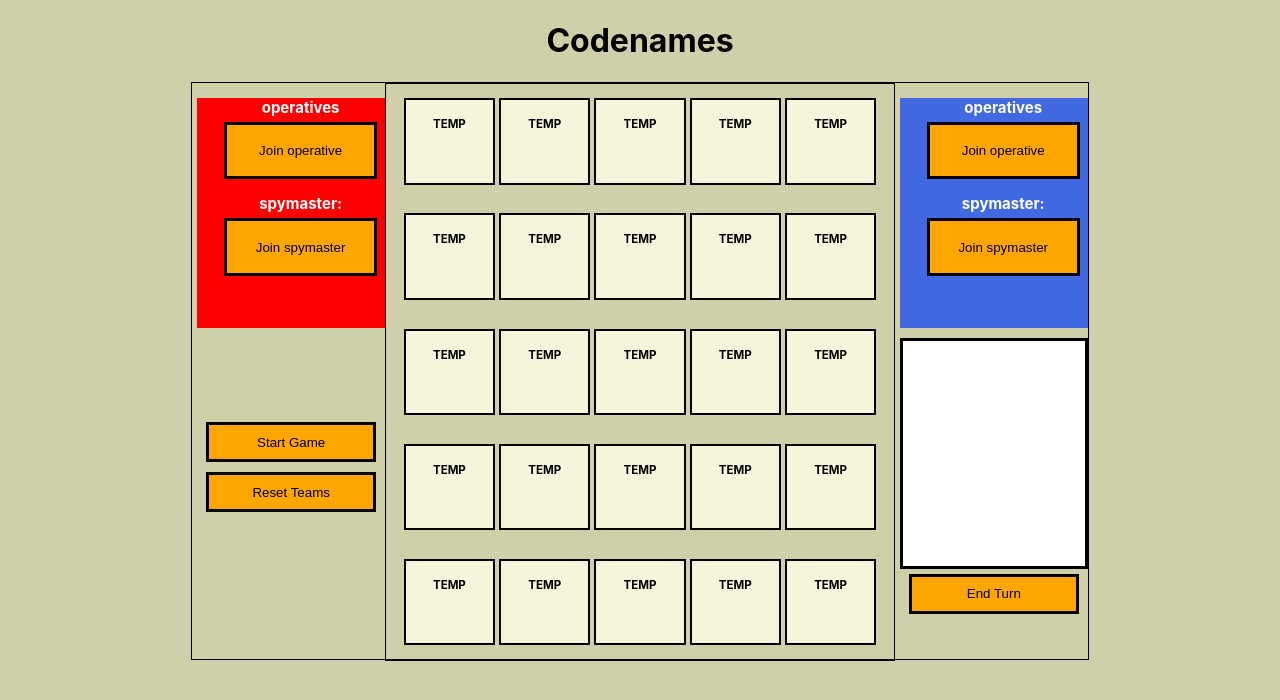
Repository: alcarrizo/Codenames-Fullstack
Page: / (app in client/)
An editor plug-in stored every save of this project. The page is shown before and after the next save, followed by the edit.
The browser window is 1280 px wide. The pictures show the whole page.
The project was rebuilt for these pictures with package versions that can differ from the ones it lists, and the page was loaded fresh each time. Imported but missing from the stored project, and not drawn on this page: client/src/reportWebVitals.

Above is the page before, as saved 2023-01-09 21:09:35.

### client/src/index.js
import React from 'react';
import ReactDOM from 'react-dom/client';
import './index.css';
import App from './App';
import reportWebVitals from './reportWebVitals';
import './css/styles.css'


const root = ReactDOM.createRoot(document.getElementById('root'));
root.render(
  <React.StrictMode>
    <App />
  </React.StrictMode>
);

// If you want to start measuring performance in your app, pass a function
// to log results (for example: reportWebVitals(console.log))
// or send to an analytics endpoint. Learn more: https://bit.ly/CRA-vitals
reportWebVitals();

### client/src/App.js
import logo from './logo.svg';
import './App.css';
import { useState, useEffect } from 'react';

const Wrapper = ({ cards }) => {
  return (
    <div className='wrapper'>
      <PlayerSide className="red" />
      <Board cards={cards} />
      <PlayerSide className="blue" />
      <div className='win-screen hide' id='win-screen'></div>
    </div>
  )
}

const Card = ({ card, className }) => {

  className = card.clicked && card.team !== null ? className + " " + card.team : className
  console.log(className)
  return (
    <div className={className}>
      {card.word === null ? 'temp' : card.word}
    </div>
  )
}
const PlayerSide = ({ className }) => {
  if (className === 'red') {
    return (
      <div className={className + "Side"}>
        <PlayerInfo className={className} />
        <div className='menu'>
          <Btn className='menuBtn' id="startBtn" name="Start Game" />
          <Btn className='menuBtn' id="resetBtn" name="Reset Teams" />
        </div>
      </div>
    )
  }
  else {
    return (
      <div className={className + "Side"}>
        <PlayerInfo className={className} />
        <div className='clue-log'></div>
        <Btn className='menuBtn' id="endTurn" name="End Turn" />
      </div>
    )
  }
}
const PlayerInfo = ({ className }) => {
  return (
    <div className={className + "Team"}>
      <p>operatives </p>
      <p id={className + '-operative-players'}></p>
      <Btn className="join-button" id={className + '-join-operative'} name="Join operative" />
      <p>spymaster: </p>
      <p id={className + '-spymaster-players'}></p>
      <Btn className="join-button" id={className + '-join-spymaster'} name="Join spymaster" />
      <p id={className + '-remaining-cards'}></p>
    </div>
  )

}

const Btn = (props) => {
  return (
    <button id={props.id} className={props.className}>{props.name}</button>
  )
}

const Board = ({ cards }) => {

  return (
    <div className='gameBoard'>
      {
        cards.map((card, id) =>
          <Card
            key={id}
            className="card"
            card={card} />
        )
      }

    </div>
  )
}

const App = () => {

  const [cards, setCards] = useState(Array(25).fill({
    word: null,
    team: null,
    clicked: true
  }))


  return (
    <div className="App">
      <h1>Codenames</h1>

      <Wrapper cards={cards} />
      <div className='clue-area hide' id='clue-area'>
        <input className='clue-text' id='clue-text' type="text" />
        <div className="rangeDiv" id="rangeDiv">
          <input className="clue-range" id='clueRange' type="range" autoComplete='off' min="0" max="10" defaultValue="0" />
          <h3 className="range-number" id="rangeNumber">0</h3>
        </div>
        <Btn className="clue-submit" id="clue-submit" name="Give Clue" />
      </div>

    </div>
  );
}

export default App;

### client/src/css/styles.css
body {
    background-color: #cfcfaa;
}

body.red {
    background-color: #b44c2b;
}

body.blue {
    background-color: #4799b7;
}

.wrapper {
    position: relative;
    border: 0.05rem solid black;
    width: 70%;
    height: 80vh;
    display: flex;
    background: none;
    margin: 0 auto;

}

.gameBoard {
    display: flex;
    flex-wrap: wrap;
    justify-content: center;
    text-align: center;
    width: 35rem;
    height: 100%;
    /*   width: 500px;
    height: 500px; */
    /*width: 15rem;
    height: 15rem;
    */
    border: 0.05rem solid black;
    margin: auto;
}



.card {
    /* background-color: royalblue; */
    background-color: beige;
    box-sizing: border-box;
    /*width: 75px;
    height: 65px;
  */
    /*   width: 5.5rem;
    height: 5rem; */
    width: 18%;
    height: 15%;
    margin: auto 2px;
    border: 2px black solid;
    font-size: .9vw;
    padding-top: 17px;
    text-transform: uppercase;
    font-weight: bold;
    transition: none;
}

.card.blue {
    background-color: royalblue;

}

.card.red {
    background-color: #ff6000;
}

.card.black {
    background-color: black;
    color: white;

}

.card.beige {
    background-color: #b9b979;
}

.card.blue,
.card.red,
.card.black,
.card.beige {
    transition: background-color 1s;
}

.card.blue.picked,
.card.red.picked,
.card.black.picked,
.card.beige.picked {
    transition: opacity 1s;
    opacity: 50%;
}


.redSide,
.blueSide {
    color: white;
    height: 100%;
    width: 13rem;
    font-size: 15px;
    font-weight: bold;
    padding-left: 5px;
    padding-bottom: 10px;
    margin: 0 auto;
}

.blueTeam,
.redTeam {
    height: 40%;
    margin-top: 10px;
    padding-left: 10%;

    box-sizing: border-box;
}

.redTeam {
    background-color: red;

}

.blueTeam {
    background-color: royalblue;

}

.blueSide {
    height: 100%;
}

.join-button {
    display: block;
    width: 90%;
    height: 25%;
    margin: -10px auto 0;
    background-color: orange;
    border: black solid 3px;
}

.join-button.hide {
    display: none;
}

.menuBtn {
    display: block;
    width: 90%;
    height: 40px;
    margin: 0 auto;
    background-color: orange;
    border: black solid 3px;
    margin-bottom: 10px;


}

.menuBtn.hide {
    display: none;
}

.menu {
    display: block;
    width: 100%;
    margin-top: 50%;
}

.clue-log {
    color: black;
    width: 100%;
    height: 40%;
    margin: 10px 0 5px;
    padding-left: 10px;
    background-color: white;
    box-sizing: border-box;
    border: black solid 3px;
    overflow-y: auto;
    line-height: 1.5;
}

.rangeDiv {
    display: inline-block;
    text-align: center;

}

.rangeDiv h3 {
    margin: 0;
    display: inline-block;
}

.clue-area {
    margin: 10px auto 0;
    width: 400px;
    height: 50px;
    margin-bottom: 15px;
}

.clue-area.hide {
    display: none;
}

.clue-submit {
    display: block;
    margin: 10px auto 0;
}

.win-screen {
    box-sizing: border-box;
    position: absolute;
    width: 30%;
    height: 30%;
    background-color: orange;
    top: 35%;
    left: 35%;
    text-align: center;
    font-size: 35px;
    line-height: 170px;
    font-weight: 800;
    border: black solid 3px;

}

.win-screen.hide {
    display: none;
}

Loaded but not shown: client/public/index.html (common file); client/src/index.css (common file); client/src/App.css (common file)

After the next save:
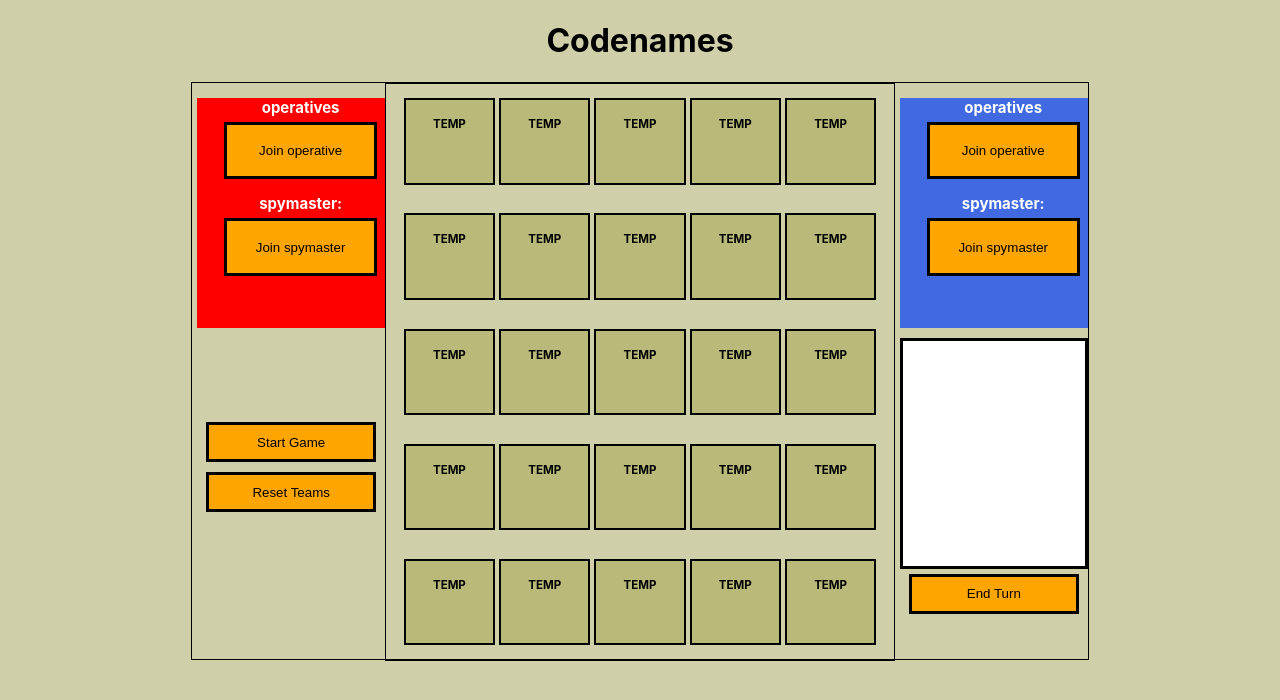
Saved 19 s later.
--- a/client/src/App.js
+++ b/client/src/App.js
@@ -87,7 +87,7 @@
 
   const [cards, setCards] = useState(Array(25).fill({
     word: null,
-    team: null,
+    team: 'beige',
     clicked: true
   }))
 

After the save that followed:
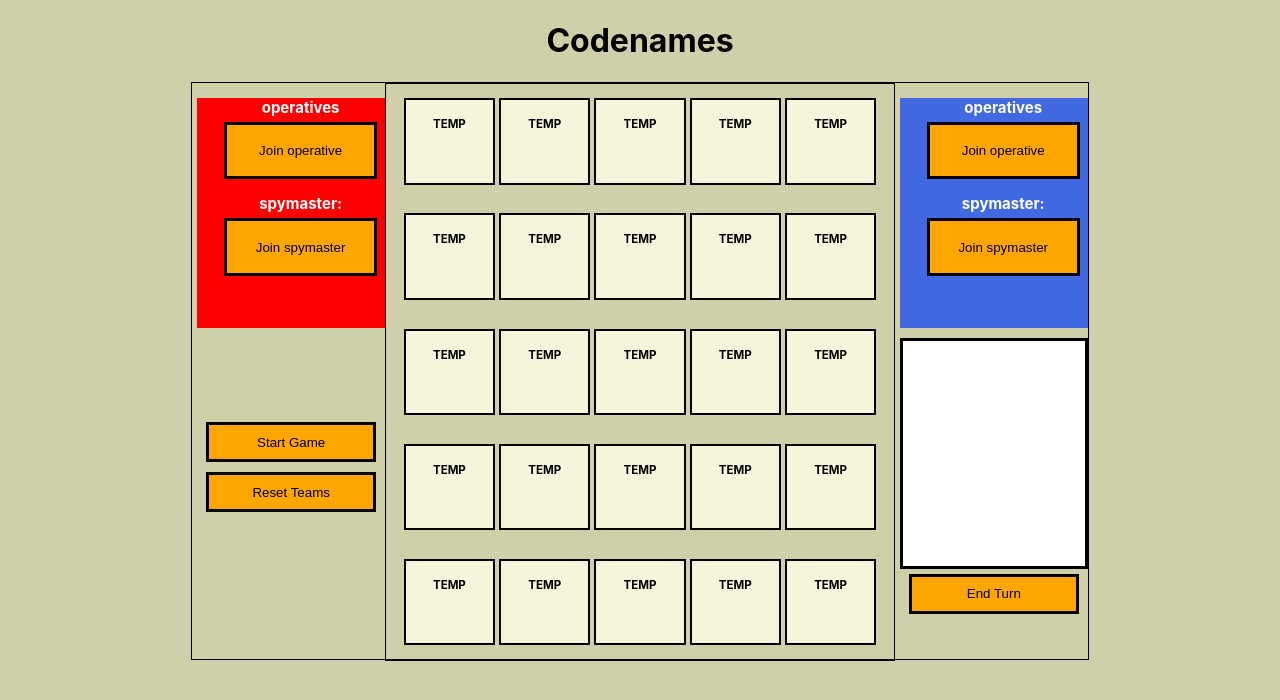
Saved 8 s later.
--- a/client/src/App.js
+++ b/client/src/App.js
@@ -88,7 +88,7 @@
   const [cards, setCards] = useState(Array(25).fill({
     word: null,
     team: 'beige',
-    clicked: true
+    clicked: false
   }))
 
 
